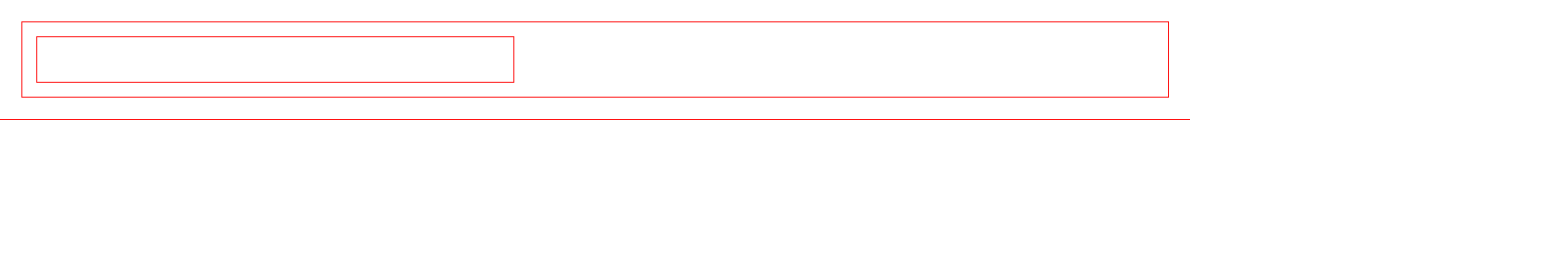
Repository: JacobSkilling-dot/Project1-Blog
Page: Week3-Blog.html
An editor plug-in stored every save of this project. The page is shown before and after the next save, followed by the edit.
The browser window is 1280 px wide. The page is 1280 px wide, then 1672 px, so the pictures cover 1672 px, including what lies to the right of the window. The pictures show the whole page, at 93% of full size.

Above is the page before, as saved 2023-01-16 19:37:14.

After the next save:
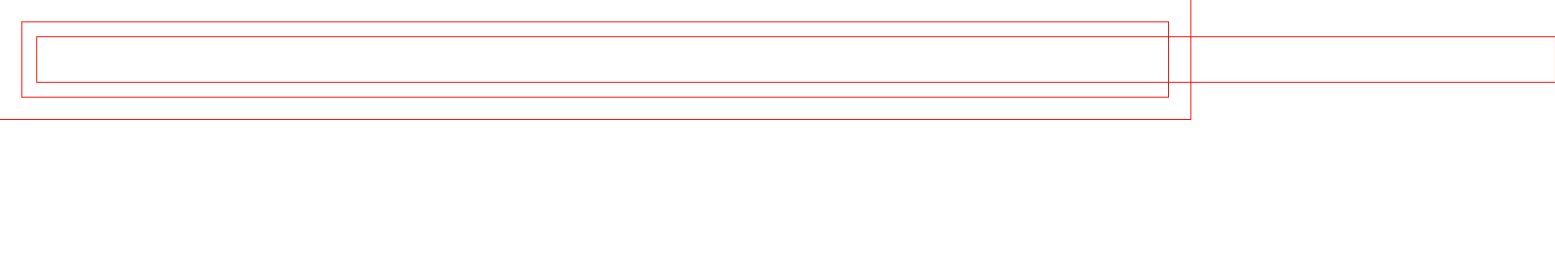
Saved 30 s later.
--- a/Week3-Blog.html
+++ b/Week3-Blog.html
@@ -11,7 +11,7 @@
     <div class="main-content">
         <style>
             .main-content{
-                width: 30rem;
+                width: 100rem;
             }
 
 
